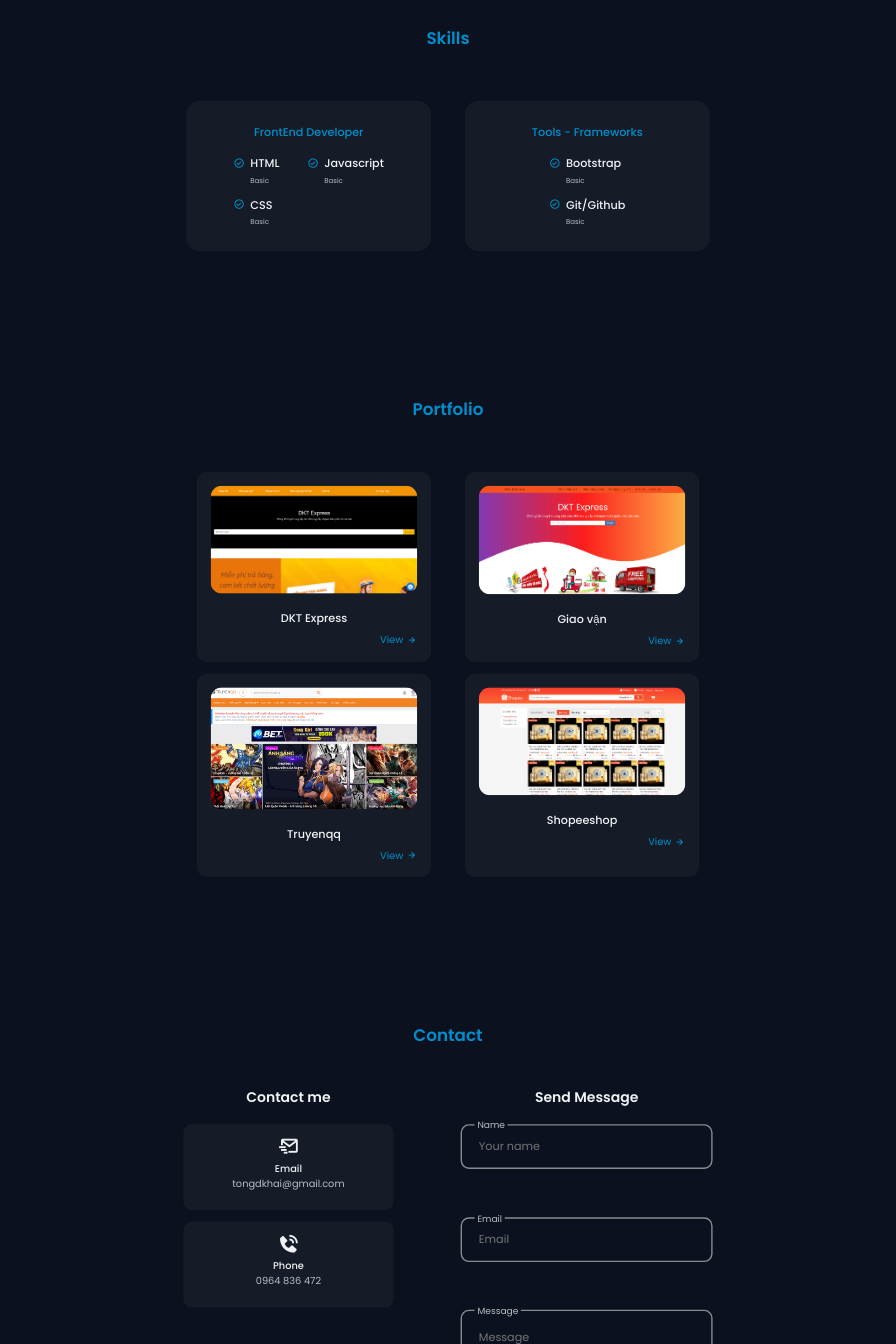
Repository: tongdkhai/portfolio
Page: index.html
An editor plug-in stored every save of this project. The page is shown before and after the next save, followed by the edit.
The browser window is 1280 px wide. The pictures show the part of the page from y = 1450 to 3370 px (the page is 4133 px tall), at 70% of full size.

Above is the page before, as saved 2022-08-30 22:10:02.

### index.html
<!DOCTYPE html>
<html lang="en">

<head>
    <meta charset="UTF-8">
    <meta name="viewport" content="width=device-width, initial-scale=1.0">

    <!--=============== FAVICON ===============-->
    <link rel="shortcut icon" href="./img/favicon.png" type="image/x-icon">

    <!--=============== BOXICONS ===============-->
    <link href='https://unpkg.com/boxicons@2.1.1/css/boxicons.min.css' rel='stylesheet'>

    <!--=============== SWIPER CSS ===============-->
    <link rel="stylesheet" href="./css/swiper-bundle.min.css">

    <!--=============== CSS ===============-->
    <link rel="stylesheet" href="./css/main.css">

    <title>Tong Duy Khai</title>
</head>

<body>
    <!--=============== HEADER ===============-->
    <header class="header" id="header">
        <nav class="nav container">

            <a href="#" class="nav__logo">Tong Duy Khai</a>

            <div class="nav__menu">
                <ul class="nav__list">
                    <li class="nav__item ">
                        <a href="#home" class="nav__link active-link">
                            <i class='bx bx-home-alt'></i>
                        </a>
                    </li>

                    <li class="nav__item">
                        <a href="#about" class="nav__link">
                            <i class='bx bx-user'></i>
                        </a>
                    </li>

                    <li class="nav__item">
                        <a href="#skills" class="nav__link">
                            <i class='bx bx-book'></i>
                        </a>
                    </li>

                    <li class="nav__item">
                        <a href="#work" class="nav__link">
                            <i class='bx bx-briefcase-alt'></i>
                        </a>
                    </li>

                    <li class="nav__item">
                        <a href="#contact" class="nav__link">
                            <i class='bx bx-message'></i>
                        </a>
                    </li>
                </ul>
            </div>

            <i class='bx bx-moon change-theme' id="theme-button"></i>
        </nav>
    </header>

    <!--=============== MAIN ===============-->
    <main class="main">
        <!--=============== HOME ===============-->
        <section class="home section" id="home">
            <div class="home__container container grid">
                <div class="home__data">
                    <h1 class="home__name">Tong Duy Khai</h1>
                    <h3 class="home__education">Front End - Web Developer<br><br>

                        <div class="home__buttons">
                            <a download="" href="./pdf/Tong Duy Khai_CV.pdf" class="button button--ghost" target="_blank">
                                Download CV
                            </a>
                        </div>
                </div>
                 <div class="home__handle">
                    <img src="./img/avatar.png" alt="" class="home__img">
                </div>
            </div>
        </section>

        <!--=============== ABOUT ===============-->
        <section class="about section" id="about">
            <h2 class="section__title">Infomation</h2>

            <div class="about__container container grid">
                <img src="./img/avatar.png" alt="" class="about__img">

                <div class="about__data">
                    <div class="about__info">
                        <div class="about__box">
                            <i class='bx bx-award about__icon'></i>
                            <h3 class="about__title">Experience</h3>
                            <span class="about__subtitle">Intern</span>
                        </div>

                        <div class="about__box">
                            <i class='bx bx-briefcase about__icon'></i>
                            <h3 class="about__title">Complete</h3>
                            <span class="about__subtitle">2+ Projects</span>
                        </div>

                        <div class="about__box">
                            <i class='bx bxs-building-house about__icon'></i>
                            <h3 class="about__title">Worked</h3>
                            <span class="about__subtitle">Worked in the company</span>
                        </div>
                    </div>

                    <p class="about__description">
                        Frontend Developer, I create web pages with HTML, CSS and Javascript.
                    </p>

                </div>
            </div>
        </section>

        <!--=============== SKILLS ===============-->
        <section class="skills section" id="skills">
            <h2 class="section__title">Skills</h2>

            <div class="skills__container container grid">

                 <div class="skills__content">
                    <h3 class="skills__title">FrontEnd Developer</h3>

                    <div class="skills__box">
                        <div class="skills__group">
                            <div class="skills__data">
                                <i class='bx bx-check-circle'></i>

                                <div>
                                    <h3 class="skills__name">HTML</h3>
                                    <span class="skills__level">Basic</span>
                                </div>
                            </div>

                            <div class="skills__data">
                                <i class='bx bx-check-circle'></i>

                                <div>
                                    <h3 class="skills__name">CSS</h3>
                                    <span class="skills__level">Basic</span>
                                </div>
                            </div>

                        </div>
                        <div class="skills__group">
                            <div class="skills__data">
                                <i class='bx bx-check-circle'></i>

                                <div>
                                    <h3 class="skills__name">Javascript</h3>
                                    <span class="skills__level">Basic</span>
                                </div>
                            </div>

                        </div>
                    </div>
                </div>

                <div class="skills__content">
                    <h3 class="skills__title">Tools - Frameworks</h3>

                    <div class="skills__box">
                        <div class="skills__group">
                            <div class="skills__data">
                                <i class='bx bx-check-circle'></i>

                                <div>
                                    <h3 class="skills__name">Bootstrap</h3>
                                    <span class="skills__level">Basic</span>
                                </div>
                            </div>

                            <div class="skills__data">
                                <i class='bx bx-check-circle'></i>

                                <div>
                                    <h3 class="skills__name">Git/Github</h3>
                                    <span class="skills__level">Basic</span>
                                </div>
                            </div>
                        </div>
                    </div>
                </div>


            </div>
        </section>

        <!--=============== WORK ===============-->
        <section class="work section" id="work">
            <h2 class="section__title">Portfolio</h2>

            <div class="work__container container grid">
                <div class="work__card mix web">
                    <img src="./img/DKT Express.png" alt="" class="work__img">

                    <h3 class="work__title">DKT Express</h3>
                    <a href="https://tongdkhai.github.io/DKT-Express/" target="_blank" class="work__button">
                        View <i class='bx bx-right-arrow-alt work__icon'></i>
                    </a>
                </div>

                <div class="work__card mix web">
                    <img src="./img/Giaovan.png" alt="" class="work__img">

                    <h3 class="work__title">Giao vận</h3>
                    <a href="https://tongdkhai.github.io/giaovan/" target="_blank" class="work__button">
                        View <i class='bx bx-right-arrow-alt work__icon'></i>
                    </a>
                </div>
            </div>
            <div class="work__container container grid">
                <div class="work__card mix web">
                    <img src="./img/Truyenqq.png" alt="" class="work__img">

                    <h3 class="work__title">Truyenqq</h3>
                    <a href="https://tongdkhai.github.io/truyenqq/" target="_blank" class="work__button">
                        View <i class='bx bx-right-arrow-alt work__icon'></i>
                    </a>
                </div>
                <div class="work__card mix web">
                    <img src="./img/Shopee.png" alt="" class="work__img">

                    <h3 class="work__title">Shopeeshop</h3>
                    <a href="https://tongdkhai.github.io/Shopeeshop/" target="_blank" class="work__button">
                        View <i class='bx bx-right-arrow-alt work__icon'></i>
                    </a>
                </div>

            </div>
        </section>

        <!--=============== CONTACT ===============-->
        <section class="contact section" id="contact">
            <h2 class="section__title">Contact</h2>

            <div class="contact__container container grid">
                <div class="contact__content">
                    <h3 class="contact__title">Contact me</h3>

                    <div class="contact__info">
                        <div class="contact__card">
                            <i class='bx bx-mail-send contact__card-icon'></i>
                            <h3 class="contact__card-title">Email</h3>
                            <span class="contact__card-data">tongdkhai@gmail.com</span>
                        </div>

                        <div class="contact__card">
                            <i class='bx bxs-phone-call contact__card-icon'></i>
                            <h3 class="contact__card-title">Phone</h3>
                            <span class="contact__card-data">0964 836 472</span>
                        </div>


                    </div>
                </div>

                <div class="contact__content">
                    <h3 class="contact__title">Send Message</h3>

                    <form action="" class="contact__form" id="form-1">
                        <div class="contact__form-div">
                            <label for="fullname" class="contact__form-tag">Name</label>
                            <input id="fullname" name="fullname" type="text" placeholder="Your name"
                                class="contact__form-input">
                            <span class="form-message"></span>
                        </div>

                        <div class="contact__form-div">
                            <label for="email" class="contact__form-tag">Email</label>
                            <input id="email" name="email" type="text" placeholder="Email"
                                class="contact__form-input">
                            <span class="form-message"></span>
                        </div>

                        <div class="contact__form-div contact__form-area">
                            <label for="" class="contact__form-tag">Message</label>
                            <textarea name="message" id="message" cols="30" rows="10" class="contact__form-input"
                                placeholder="Message"></textarea>
                            <span class="form-message"></span>
                        </div>

                        <button class="button form-submit pull-right">Send</button>
                    </form>
                </div>
            </div>
        </section>
    </main>

    <!--=============== FOOTER ===============-->
    <footer class="footer">
        <div class="footer__container container">
            <h1 class="footer__title">Tong Duy Khai</h1>

            <ul class="footer__social">
                <a href="https://www.facebook.com/tongdkhai/" target="_blank" class="footer__social-link">
                    <i class='bx bxl-facebook'></i>
                </a>
                <a href="https://www.instagram.com/dk.tong/" target="_blank" class="footer__social-link">
                    <i class='bx bxl-instagram'></i>
                </a>
                <a href="https://github.com/tongdkhai" target="_blank"
                    class="footer__social-link">
                    <i class='bx bxl-github'></i>
                </a>
                <a href="https://www.linkedin.com/in/tongdkhai/" target="_blank"
                    class="footer__social-link">
                    <i class='bx bxl-linkedin'></i>
                </a>
            </ul>

            <span class="footer__copy">
                &#169; Tong Duy Khai. All rights reserved
            </span>
        </div>
    </footer>

    <div class="social">
         <a href="https://www.facebook.com/tongdkhai/" target="_blank" class="social-link">
                        <i class='bx bxl-facebook'></i>
                    </a>

                    <a href="https://www.instagram.com/dk.tong/" target="_blank" class="social-link">
                        <i class='bx bxl-instagram'></i>
                    </a>

                    <a href="https://github.com/tongdkhai" target="_blank" class="social-link">
                        <i class='bx bxl-github'></i>
                    </a>

                    <a href="https://www.linkedin.com/in/tongdkhai/" target="_blank" class="social-link">
                        <i class='bx bxl-linkedin'></i>
                    </a>
    </div>
    <div id="toast"></div>
    <!-- FORM VALIDATOR -->
    <script src="./js/validator.js"></script>
    <script>
        Validator({
            form: '#form-1',
            formGroupSelector: '.contact__form-div',
            errorSelector: '.form-message',
            rules: [
                Validator.isRequired('#fullname', 'Please write your name'),
                Validator.isRequired('#email', 'Please write your email'),
                Validator.isEmail('#email', 'Email isnt invalid, please rewrite'),
                Validator.isRequired('#message', 'Please write message for me'),
            ],
            onSubmit: function (data) {
                console.log(data);
            }
        });
    </script>
    <!-- TOAST MESENGES -->
    <script src="./js/toast.js"></script>

    <!--=============== SCROLLREVEAL ===============-->
    <script src="./js/scrollreveal.min.js"></script>

    <!--=============== MIXITUP FILTER ===============-->
    <script src="./js/mixitup.min.js"></script>

    <!--=============== MAIN JS ===============-->
    <script src="./js/main.js"></script>
</body>

</html>

Loaded but not shown: css/swiper-bundle.min.css (library); js/scrollreveal.min.js (library); js/mixitup.min.js (library); js/validator.js (167 lines, source omitted); js/main.js (96 lines, source omitted); js/toast.js (60 lines, source omitted); css/main.css (919 lines, source omitted)

After the next save:
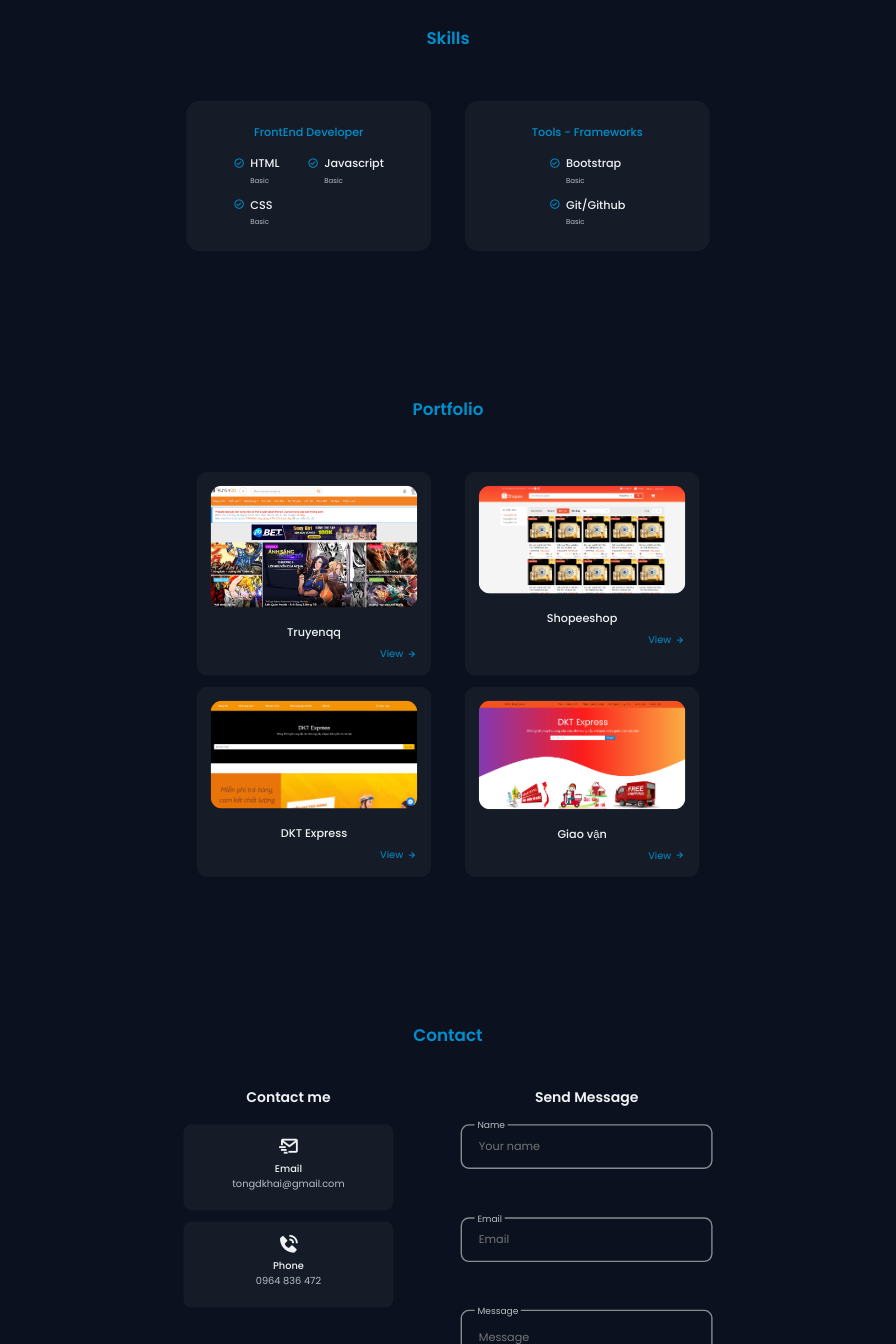
Saved 27 s later.
--- a/index.html
+++ b/index.html
@@ -202,6 +202,26 @@
 
             <div class="work__container container grid">
                 <div class="work__card mix web">
+                    <img src="./img/Truyenqq.png" alt="" class="work__img">
+
+                    <h3 class="work__title">Truyenqq</h3>
+                    <a href="https://tongdkhai.github.io/truyenqq/" target="_blank" class="work__button">
+                        View <i class='bx bx-right-arrow-alt work__icon'></i>
+                    </a>
+                </div>
+                <div class="work__card mix web">
+                    <img src="./img/Shopee.png" alt="" class="work__img">
+
+                    <h3 class="work__title">Shopeeshop</h3>
+                    <a href="https://tongdkhai.github.io/Shopeeshop/" target="_blank" class="work__button">
+                        View <i class='bx bx-right-arrow-alt work__icon'></i>
+                    </a>
+                </div>
+
+            </div>
+
+            <div class="work__container container grid">
+                <div class="work__card mix web">
                     <img src="./img/DKT Express.png" alt="" class="work__img">
 
                     <h3 class="work__title">DKT Express</h3>
@@ -219,25 +239,7 @@
                     </a>
                 </div>
             </div>
-            <div class="work__container container grid">
-                <div class="work__card mix web">
-                    <img src="./img/Truyenqq.png" alt="" class="work__img">
-
-                    <h3 class="work__title">Truyenqq</h3>
-                    <a href="https://tongdkhai.github.io/truyenqq/" target="_blank" class="work__button">
-                        View <i class='bx bx-right-arrow-alt work__icon'></i>
-                    </a>
-                </div>
-                <div class="work__card mix web">
-                    <img src="./img/Shopee.png" alt="" class="work__img">
-
-                    <h3 class="work__title">Shopeeshop</h3>
-                    <a href="https://tongdkhai.github.io/Shopeeshop/" target="_blank" class="work__button">
-                        View <i class='bx bx-right-arrow-alt work__icon'></i>
-                    </a>
-                </div>
-
-            </div>
+
         </section>
 
         <!--=============== CONTACT ===============-->
